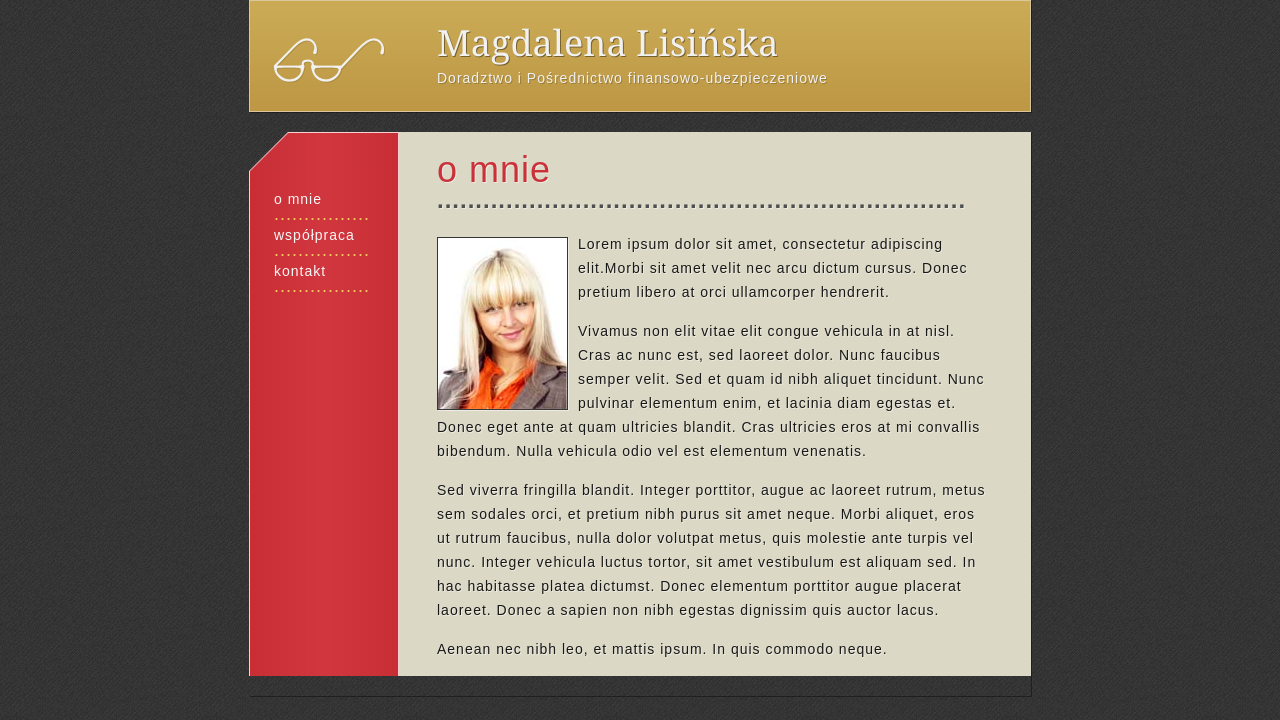
Repository: gabr/php_elicpse_workspace
Page: Magda Lisinska/index.html
These files come from the project's save history. The page is drawn as it stood at one moment and after the next save; the edit follows.
The browser window is 1280 px wide. The pictures show the whole page.

Above is the page before, as saved 2013-03-06 20:11:51.

### Magda Lisinska/index.html
<!DOCTYPE HTML>
<html>
	<head>
		<meta http-equiv="Content-Type" content="text/html; charset=utf-8" >
		<title>Magdalena Lisińska</title>
		<!--
		<meta name="description" content="Add your sites description here">
		<meta name="keywords" content="Add,your,site,keywords,here">
		<link rel="icon" type="image/x-icon" href="../images/favicon.ico">
		-->
		<link rel="stylesheet" type="text/css" href="css/reset.css" media="screen">
		<link rel="stylesheet" type="text/css" href="css/style.css" media="screen">
        <script src="js/jquery-1.9.1.js"></script>
        <script src="js/script.js"></script>
		<!--[if lt IE 9]>
		<script src="js/html5shiv.js"></script>
		<![endif]-->
	</head>

	<body>
		<!-- head -->
		<div id="header">
			<a href="index.html" id="glasses"></a>
			<a href="index.html" id="header-title">
				<p id="title">Magdalena Lisińska</p>
				<p id="slogan">Doradztwo i Pośrednictwo finansowo-ubezpieczeniowe</p>
			</a>
			<div class="clear"></div>
		</div>

		<!-- body -->
		<div id="body">
			<!-- menu -->
			<div id="menu">
				<div id="menu-head"></div>
				<div id="menu-body">
					<div id="menu-margin"></div>
					<ul>
						<li><a href="#">o mnie</a></li>
						<li class="line">................</li>
						<li><a href="#">współpraca</a></li>
						<li class="line">................</li>
						<li><a href="kontakt.html">kontakt</a></li>
						<li class="line">................</li>
					</ul>
				</div>
			</div>
			<!-- content -->
			<div id="content">
				<div>
					<h1>o mnie</h1>
					<div class="line">.....................................................................</div>
					<img src="images/example_photo.jpg" />
					<p>Lorem ipsum dolor sit amet, consectetur adipiscing elit.Morbi sit amet velit nec arcu dictum cursus. Donec pretium libero at orci ullamcorper hendrerit.</p>
					<p>Vivamus non elit vitae elit congue vehicula in at nisl. Cras ac nunc est, sed laoreet dolor. Nunc faucibus semper velit. Sed et quam id nibh aliquet tincidunt. Nunc pulvinar elementum enim, et lacinia diam egestas et. Donec eget ante at quam ultricies blandit. Cras ultricies eros at mi convallis bibendum. Nulla vehicula odio vel est elementum venenatis.</p>
					<p>Sed viverra fringilla blandit. Integer porttitor, augue ac laoreet rutrum, metus sem sodales orci, et pretium nibh purus sit amet neque. Morbi aliquet, eros ut rutrum faucibus, nulla dolor volutpat metus, quis molestie ante turpis vel nunc. Integer vehicula luctus tortor, sit amet vestibulum est aliquam sed. In hac habitasse platea dictumst. Donec elementum porttitor augue placerat laoreet. Donec a sapien non nibh egestas dignissim quis auctor lacus.</p>
					<p>Aenean nec nibh leo, et mattis ipsum. In quis commodo neque.</p>

				</div>
			</div>
			<div class="clear"></div>

            <!-- footer -->
            <div id="footer">
                <div id="left-footer"></div>
                <div id="right-footer"></div>
                <div class="clear"></div>
            </div>

		</div>

	</body>
</html>

### Magda Lisinska/css/reset.css
/*
html5doctor.com Reset Stylesheet
v1.6.1
Last Updated: 2010-09-17
Author: Richard Clark - http://richclarkdesign.com
Twitter: @rich_clark
*/

html, body, div, span, object, iframe,
h1, h2, h3, h4, h5, h6, p, blockquote, pre,
abbr, address, cite, code,
del, dfn, em, img, ins, kbd, q, samp,
small, strong, sub, sup, var,
b, i,
dl, dt, dd, ol, ul, li,
fieldset, form, label, legend,
table, caption, tbody, tfoot, thead, tr, th, td,
article, aside, canvas, details, figcaption, figure,
footer, header, hgroup, menu, nav, section, summary,
time, mark, audio, video {
margin:0;
padding:0;
border:0;
outline:0;
font-size:100%;
vertical-align:baseline;
background:transparent;
}

body {line-height:1;}

article,aside,details,figcaption,figure,
footer,header,hgroup,menu,nav,section {
display:block; zoom:1;
}

nav ul {list-style:none;}

blockquote, q {quotes:none;}

blockquote:before, blockquote:after,
q:before, q:after {
content:'';
content:none;
}

a {
margin:0;
padding:0;
font-size:100%;
vertical-align:baseline;
background:transparent;
}

/* change colours to suit your needs */
ins {
background-color:#ff9;
color:#000;
text-decoration:none;
}

/* change colours to suit your needs */
mark {
background-color:#ff9;
color:#000;
font-style:italic;
font-weight:bold;
}

del {text-decoration: line-through;}

abbr[title], dfn[title] {
border-bottom:1px dotted;
cursor:help;
}

table {
border-collapse:collapse;
border-spacing:0;
}

/* change border colour to suit your needs */
hr {
display:block;
height:1px;
border:0;
border-top:1px solid #cccccc;
margin:1em 0;
padding:0;
}

input, select {
vertical-align:middle;
}

### Magda Lisinska/css/style.css
/*  Main  */

body {
	background:url(../images/background.png);
	color:#000;
	font-family: Arial, Helvetica, sans-serif;
	font-size: 14px;
	letter-spacing: 1px;
}

p {
	color: #181818;
	text-align: left;
	margin: 0px 0px 15px 0px;
	line-height: 24px;
}

h1 {
	margin: 20px 0px 0px 0px;
	font-size: 36px;
	color: #cb3138;
	font-weight: normal;
}


img {
	float: left;
	margin: 5px 10px 0px 0px;
	border: 1px solid #363636;
	box-shadow: 1px 1px 0px rgba(255,255,255,0.5);
}

.line {
	-webkit-touch-callout: none;
	-webkit-user-select: none;
	-khtml-user-select: none;
	-moz-user-select: none;
	-ms-user-select: none;
	user-select: none;
}

.clear {
	clear: both;
}

/* Header */
#header {
	background:url(../images/header.jpg);
	width: 780px;
	height: 110px;
	margin: 0 auto;
	border: 1px solid #dbc89a;
	box-shadow: 1px 1px 0px rgba(0,0,0,0.4)
}

#glasses {
	background:url(../images/glasses.png);
	width: 112px;
	height: 45px;
	margin: 37px 0px 0px 23px;
	display: block;
	outline: none;
	float: left;
}

#header-title {
	float: left;
	margin: 30px 0px 0px 52px;
	outline: none;
	text-decoration: none;
}

#title {
	margin: 0px 0px 0px 0px;
	color: #f1f1f1;
	text-shadow: 1px 1px 0px rgba(0,0,0,0.4);
	font-family: Georgia, Times New Roman, Times;
	font-size: 36px;
	letter-spacing: 0px;
}

#slogan {
	color: #f1f1f1;
	text-shadow: 1px 1px 0px rgba(0,0,0,0.2);
	margin: 11px 0px 0px 0px;
}

/* Body */
#body {
	margin:0 auto;
	margin-top: 20px;
	width: 782px;
	box-shadow: 1px 1px 0px rgba(0,0,0,0.4);
}

/* Menu */
#menu {
	float: left;
	width: 150px;
}

#menu-head {
	background:url(../images/menu_head.png);
	height: 40px;
}
#menu-body {
	background:url(../images/menu.jpg);
	min-height: 200px;
}

#menu-margin {
	height: 20px;
}

#menu-body ul {
	width: 100px;
	margin:0 auto;
	list-style: none;
}

#menu-body a{
	color: #f7f7f7;
	text-decoration: none;
}

#menu-body li>a:hover{
	font-weight: bold;
}

#menu-body li.line {
	font-size: 18px;
	color: #f7cb61;
	margin: -1px 0px 5px 0px;
}

/* Content */
#content {
	float:left;
	width: 632px;
	min-height: 200px;
	background: #dbd8c5;
	text-shadow: 1px 1px 0px rgba(255,255,255,0.5);
}

#content>div {
	margin: 0px 38px 0px 38px;
}

#content .line {
	margin: 0px 0px 20px 0px;
	font-size: 24px;
	color: #4f4f4f;
	font-weight: bold;
}

#content iframe {
  margin: 20px auto 2px auto;
}

/* Footer */
#footer {
  width: 780px;
  height: 20px;
}

#left-footer {
  width: 150px;
  height: 20px;

}

### Magda Lisinska/js/script.js
$(window).load(function() {
    var content_height = $("#content").outerHeight(true);
    console.log(content_height);
    $("#menu").css("height", content_height);
    $("#menu-body").css("height",content_height - 40);
});

Loaded but not shown: Magda Lisinska/js/jquery-1.9.1.js (library)

After the next save:
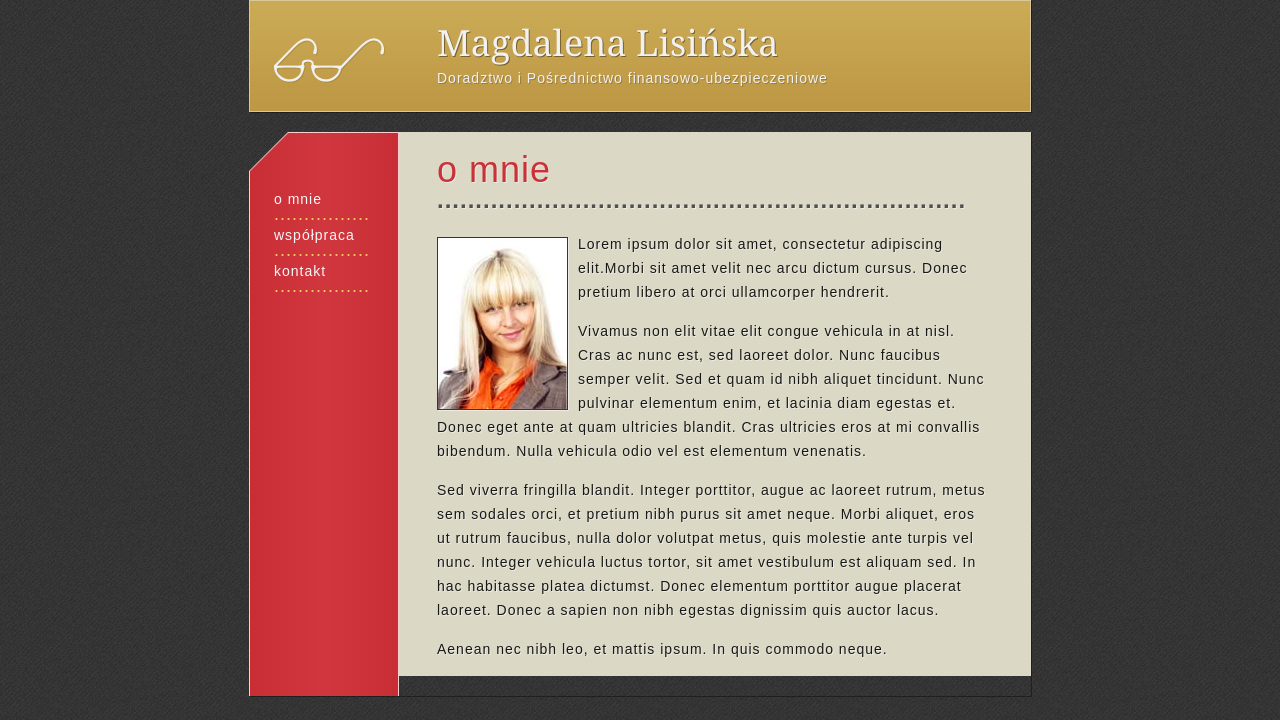
Saved 28 s later.
--- a/Magda Lisinska/css/style.css
+++ b/Magda Lisinska/css/style.css
@@ -164,7 +164,7 @@ img {
 }
 
 #left-footer {
+  background:url(../images/menu.jpg);
   width: 150px;
   height: 20px;
-
 }
